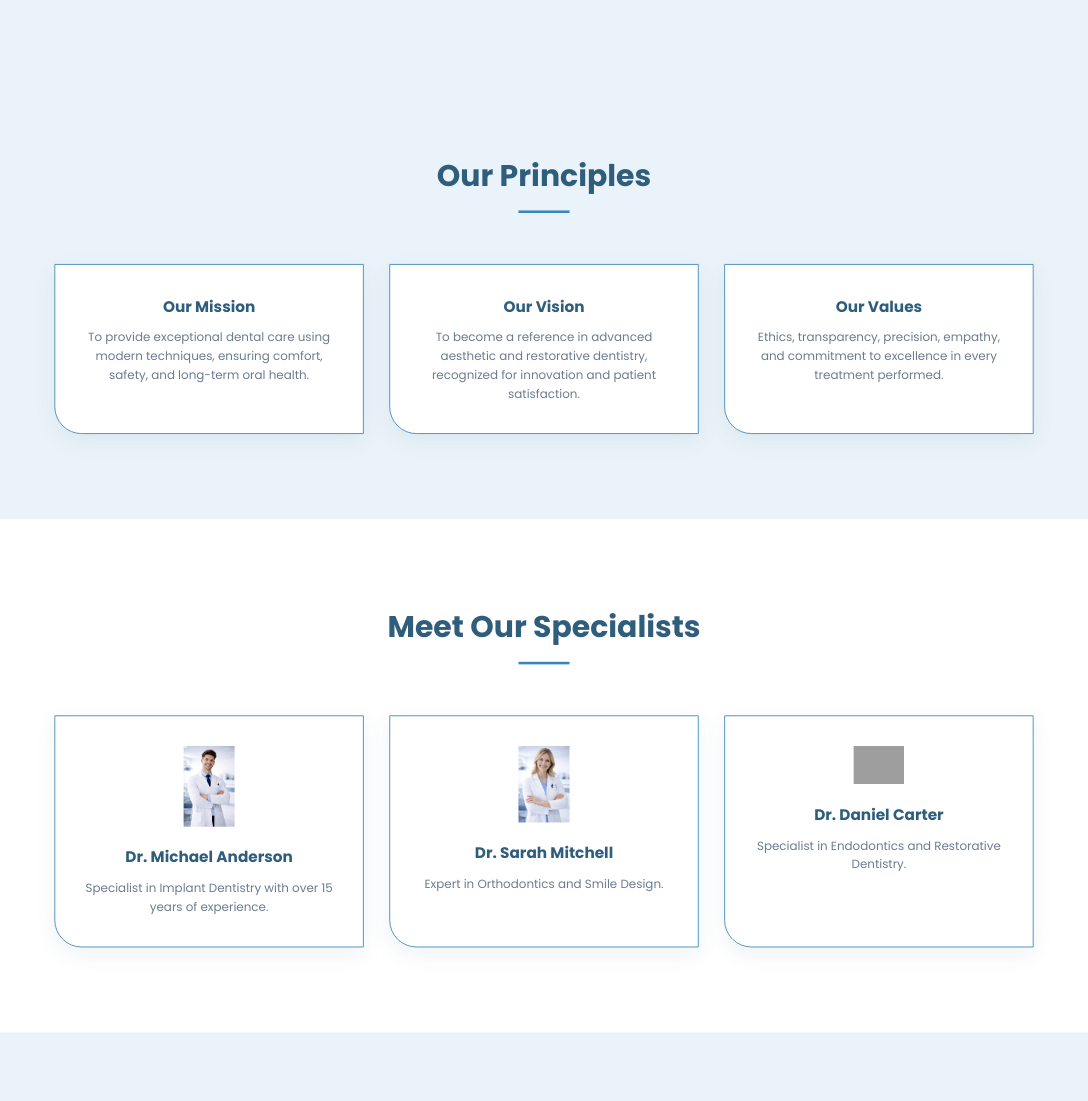
Repository: davidfsillva/OdontoPrime
Page: about.html
An editor plug-in stored every save of this project. The page is shown before and after the next save, followed by the edit.
The browser window is 1280 px wide. The pictures show the part of the page from y = 969 to 2264 px (the page is 3355 px tall before and 3373 px after), at 85% of full size.
Pictures or frames that could not be fetched are drawn as grey boxes. A picture or video elsewhere on the page could not be fetched, so the positions and the page height are approximate.

Above is the page before, as saved 2026-02-16 22:09:37.

### about.html
<!DOCTYPE html>
<html lang="en">
<head>
<meta charset="UTF-8">
<meta name="viewport" content="width=device-width, initial-scale=1.0">
<title>About - OdontoPrime Excellence</title>

<link rel="stylesheet" href="style.css">
<link href="https://fonts.googleapis.com/css2?family=Poppins:wght@300;400;600;700&display=swap" rel="stylesheet">
</head>

<body>

<!-- HEADER -->
<header>
    <div class="container nav-container">
        <div class="logo">OdontoPrime</div>

        <nav id="nav">
            <a href="index.html">Home</a>
            <a href="about.html" class="active">About</a>
            <a href="services.html">Services</a>
            <a href="contact.html">Contact</a>
        </nav>

        <div class="menu-toggle" onclick="toggleMenu()">☰</div>
    </div>
</header>

<!-- HERO ABOUT -->
<section class="hero hero-about">
    <div class="container hero-content">
        <div class="hero-text">
            <h1>About OdontoPrime Excellence</h1>
            <p>
                Dedicated to delivering advanced dental care with precision,
                innovation, and a patient-centered approach.
            </p>
        </div>
    </div>
</section>

<!-- OUR STORY -->
<section class="about-preview">
    <div class="container about-grid">
        <div class="about-text">
            <h2>Our Story</h2>
            <p>
                Founded over a decade ago, OdontoPrime Excellence was created with a clear mission:
                to redefine modern dentistry through innovation, comfort, and excellence.
                Our clinic combines advanced technology with a humanized approach,
                ensuring each patient receives personalized and comprehensive care.
            </p>

            <p>
                Over the years, we have built a reputation for delivering long-lasting results,
                aesthetic precision, and preventive solutions that promote complete oral health.
            </p>
        </div>

        <div class="about-image">
            <img src="img/clinic-interior.webp" alt="Dental clinic interior">
        </div>
    </div>
</section>

<!-- MISSION VISION VALUES -->
<section class="departments">
    <div class="container">
        <h2>Our Principles</h2>

        <div class="dept-grid">

            <div class="card">
                <h3>Our Mission</h3>
                <p>
                    To provide exceptional dental care using modern techniques,
                    ensuring comfort, safety, and long-term oral health.
                </p>
            </div>

            <div class="card">
                <h3>Our Vision</h3>
                <p>
                    To become a reference in advanced aesthetic and restorative dentistry,
                    recognized for innovation and patient satisfaction.
                </p>
            </div>

            <div class="card">
                <h3>Our Values</h3>
                <p>
                    Ethics, transparency, precision, empathy, and commitment
                    to excellence in every treatment performed.
                </p>
            </div>

        </div>
    </div>
</section>

<!-- OUR TEAM -->
<section class="why-us">
    <div class="container">
        <h2>Meet Our Specialists</h2>

        <div class="dept-grid">

            <div class="card">
                <img src="img/dr.webp" alt="Lead dentist">
                <h3>Dr. Michael Anderson</h3>
                <p>Specialist in Implant Dentistry with over 15 years of experience.</p>
            </div>

            <div class="card">
                <img src="img/sara.webp" alt="Orthodontist">
                <h3>Dr. Sarah Mitchell</h3>
                <p>Expert in Orthodontics and Smile Design.</p>
            </div>

            <div class="card">
                <img src="img/dentist3.webp" alt="Endodontist">
                <h3>Dr. Daniel Carter</h3>
                <p>Specialist in Endodontics and Restorative Dentistry.</p>
            </div>

        </div>
    </div>
</section>

<!-- WHY CHOOSE US EXTENDED -->
<section class="about-preview">
    <div class="container about-grid">

        <div class="about-image">
            <img src="img/technology.webp" alt="Dental technology">
        </div>

        <div class="about-text">
            <h2>Advanced Technology & Comfort</h2>
            <p>
                We invest in state-of-the-art dental equipment to provide
                minimally invasive treatments, faster recovery, and superior accuracy.
            </p>

            <p>
                Our clinic environment is designed to reduce anxiety and ensure
                maximum comfort from the first consultation to the final result.
            </p>
        </div>

    </div>
</section>

<!-- CALL TO ACTION -->
<section class="departments">
    <div class="container" style="text-align:center;">
        <h2>Ready to Transform Your Smile?</h2>
        <p style="max-width:600px; margin:20px auto; color:var(--text-medium);">
            Schedule your consultation today and discover a new standard of dental excellence.
        </p>

        <a href="contact.html" class="btn-view">Book Your Consultation</a>
    </div>
</section>

<!-- FOOTER -->
<footer>
    <p>© 2026 OdontoPrime - All Rights Reserved</p>
</footer>

<script>
function toggleMenu(){
    document.getElementById("nav").classList.toggle("active");
}
</script>

</body>
</html>

### style.css
:root{

    --primary-blue: #2F5D7C;
    --secondary-blue: #4F7FA3;
    --accent-blue: #3A86B9;

    --bg-light: #EAF3F9;
    --white: #FFFFFF;
    --off-white: #E6EEF5;

    --text-dark: #2E3A46;
    --text-medium: #6B7C8F;

    --hero-gradient-start: rgba(47, 93, 124, 0.95);
    --hero-gradient-end: rgba(79, 127, 163, 0.85);

    --shadow-soft: 0 5px 20px rgba(47, 93, 124, 0.08);
}

*{
    margin:0;
    padding:0;
    box-sizing:border-box;
    font-family:'Poppins', sans-serif;
}

body{
    background:var(--bg-light);
    color:var(--text-dark);
}

.container{
    width:90%;
    max-width:1200px;
    margin:auto;
}

/* HEADER */

nav{
    display:flex;
    align-items:center;
}

header{
    position:absolute;
    width:100%;
    padding:25px 0;
    z-index:1000;
    background:transparent;
}

.nav-container{
    display:flex;
    justify-content:space-between;
    align-items:center;
}

.logo{
    font-weight:700;
    font-size:1.9rem;
    color:var(--white);
    text-shadow: 0 3px 8px rgba(0, 0, 0, 0.5);
}

nav a{
    margin-left:25px;
    text-decoration:none;
    color:var(--white);
    font-weight:500;
    transition:0.3s;
}

nav a:hover{
    color:var(--accent-blue);
}

.menu-toggle{
    display:none;
    font-size:24px;
    cursor:pointer;
    color:var(--white);
}

nav a.active{
    color: var(--accent-blue);
    font-weight: 600;
    position: relative;
}

/* HERO */

.hero{
    min-height:100vh;
    display:flex;
    align-items:center;
    background:
    linear-gradient(to right,
    rgba(79, 127, 163, 0.438),
    rgba(58, 134, 185, 0.048)),
    url('img/hero.webp') center/cover no-repeat;
    color:var(--white);
    padding:0 0;
    position:relative;
}

.hero-content{
    width:100%;
}

.hero-text{
    max-width:600px;
}

.hero h1{
    font-size:2.8rem;
    margin-bottom:20px;
    font-weight:700;
    line-height:1.2;
    text-shadow: 0 3px 8px rgba(0, 0, 0, 0.5);
}

.hero p{
    margin-bottom:25px;
    max-width:500px;
    font-size:16px;
    line-height:1.6;
    color:var(--white);
    text-shadow: 0 3px 8px rgba(0, 0, 0, 0.5);
}

.hero-about{
    background: var(--primary-blue);
    min-height: 60vh;
}


/* HERO STATS */

.hero-stats{
    position:absolute;
    bottom:0px;
    left:60%;
    transform:translateX(-50%);
    width:90%;
    max-width:1100px;
    display:grid;
    grid-template-columns:repeat(auto-fit, minmax(180px,1fr));
    gap:20px;
    padding:25px 40px;
    background:rgba(255,255,255,0.15);
    backdrop-filter:blur(15px);
    -webkit-backdrop-filter:blur(15px);
    border-radius:20px 0px 0px 0px;
    border:1px solid rgba(255,255,255,0.2);
}

.stat-item{
    text-align:center;
    color:var(--white);
}

.stat-item h2{
    font-size:2rem;
    font-weight:700;
}

.stat-item p{
    font-size:0.9rem;
    opacity:0.9;
}

/* BUTTONS */

.btn{
    padding:14px 30px;
    background:var(--white);
    border:none;
    color:var(--primary-blue);
    font-weight:600;
    border-radius:30px;
    cursor:pointer;
    transition:0.3s;
}

.btn:hover{
    background:var(--accent-blue);
    color:var(--white);
    transform:translateY(-3px);
}

.btn-view {
    padding:14px 30px;
    background:var(--accent-blue);
    border:none;
    color:var(--white);
    font-weight:600;
    border-radius:30px;
    cursor:pointer;
    transition:0.3s;
    text-decoration: none;
    text-align: center;
    display: block;
    width: fit-content;
    margin:40px auto 0;
}

.btn-view:hover {
    transform: translateY(-5px);
    box-shadow: 0 15px 30px rgba(0,0,0,0.2);
}

/* ABOUT */
.about-image{
    position:relative;
    overflow:hidden;
}


.about-preview{
    padding:100px 0;
}

.about-grid{
    display:grid;
    grid-template-columns:1fr 1fr;
    gap:60px;
    align-items:center;
}

.about-text h2{
    font-size:2.2rem;
    color:var(--primary-blue);
    margin-bottom:20px;
    position:relative;
}

.about-text h2::after{
    content:"";
    width:60px;
    height:3px;
    background:var(--accent-blue);
    display:block;
    margin-top:10px;
}

.about-text p{
    font-size:16px;
    line-height:1.8;
    color:var(--text-medium);
}

.about-grid img:not(.lead-dentist){
    width:100%;
    border-radius:20px;
}

.lead-dentist {
    border-radius: 30px; /* cantos arredondados */
    width: 60%;
    height: auto;
    margin: 0 auto;
    box-shadow: 0 8px 20px rgba(0,0,0,0.2); /* opcional: sombra suave */
    display: flex;
    justify-content: center; /* centraliza horizontalmente */
    align-items: center;     /* centraliza verticalmente se tiver altura */
}

/* DEPARTMENTS */

.departments{
    padding:100px 0;
}

.departments h2{
    text-align:center;
    font-size:2.2rem;
    color:var(--primary-blue);
    margin-bottom:60px;
    position:relative;
}

.departments h2::after{
    content:"";
    width:60px;
    height:3px;
    background:var(--accent-blue);
    display:block;
    margin:15px auto 0;
}

.dept-grid{
    display:grid;
    grid-template-columns: repeat(auto-fit, minmax(280px, 1fr));
    gap:30px;
}


.card {
    background:var(--white);
    padding:35px 25px;
    text-align:center;
    border-radius:18px;
    box-shadow:0 8px 25px rgba(47,93,124,0.08);
    transition:0.3s ease;


    border-radius: 0 0 0 32px;
    border:1px solid #3A86B9;

}

.why-card{
    border: none;
}


.card:hover{
    transform:translateY(-6px);
    box-shadow:0 15px 35px rgba(47,93,124,0.15);
}

.card img{
    width:60px;
    margin-bottom:15px;
}

.card h3{
    font-size:18px;
    margin-bottom:12px;
    color:var(--primary-blue);
}

.card p{
    font-size:14px;
    line-height:1.6;
    color:var(--text-medium);
}

/* WHY SECTION FULL IMAGE CARDS */

.why-card {
    position: relative;
    overflow: hidden;
    padding: 0;
    height: 350px;
    border-radius: 20px;
}

.why-card img {
    width: 100%;
    height: 100%;
    object-fit: cover;
    display: block;
}

.why-card .card-content {
    position: absolute;
    bottom: 0;
    width: 100%;
    padding: 25px;
    background: linear-gradient(
        to top,
        rgba(0,0,0,0.75),
        rgba(0,0,0,0.2)
    );
    color: var(--white);
}

.why-card h3 {
    margin-bottom: 8px;
    color: var(--white);
}

.why-card p {
    color: rgba(255,255,255,0.9);
    font-size: 14px;
}


/* WHY US */

.why-us{
    padding:100px 0;
    background:var(--white);
}

.why-us h2{
    text-align:center;
    font-size:2.2rem;
    margin-bottom:60px;
    color:var(--primary-blue);
    position:relative;
}

.why-us h2::after{
    content:"";
    width:60px;
    height:3px;
    background:var(--accent-blue);
    display:block;
    margin:15px auto 0;
}

.contact-grid{
    display:grid;
    grid-template-columns:1fr 1fr;
    gap:60px;
    align-items:start;
}


/* FOOTER */

footer{
    background:var(--primary-blue);
    color:var(--white);
    text-align:center;
    padding:30px;
    font-size:14px;
}

/* RESPONSIVE */

/* =========================
   RESPONSIVE
========================= */
@media (max-width: 768px) {

    /* NAVIGATION */
    nav {
        position: absolute;
        top: 80px;
        right: 0;
        background: var(--white);
        flex-direction: column;
        width: 200px;
        display: none;
        box-shadow: var(--shadow-soft);
    }

    nav a {
        padding: 15px;
        margin: 0;
        border-bottom: 1px solid var(--off-white);
        color: var(--text-dark);
    }

    nav.active {
        display: flex;
    }

    .menu-toggle {
        display: block;
    }

        /* HERO INTERNO (about, services, contact) */
    .hero-about,
    .hero-services,
    .hero-contact {
        min-height: 45vh;
        display: flex;
        align-items: center;
        justify-content: center;
        text-align: center;
        padding: 100px 20px 40px;
    }

    .hero-about h1,
    .hero-services h1,
    .hero-contact h1 {
        font-size: 1.6rem;
    }

    .hero-about p,
    .hero-services p,
    .hero-contact p {
        font-size: 0.95rem;
        max-width: 100%;
        margin: 0 auto;
    }

    /* ABOUT GRID */
    .about-grid {
        grid-template-columns: 1fr;
        gap: 30px;
        text-align: center;
    }

    .about-text h2 {
        font-size: 1.6rem;
    }

    /* DEPARTMENTS / SERVICES GRID */
    .dept-grid {
        grid-template-columns: 1fr;
        gap: 20px;
    }

    .card {
        padding: 25px 20px;
    }

    /* WHY SECTION */
    .why-us {
        padding: 70px 0;
    }

    .why-card {
        height: 280px;
    }

    /* CONTACT PAGE (caso tenha form grid) */
    .contact-grid {
        grid-template-columns: 1fr;
        gap: 30px;
    }

    .contact-form input,
    .contact-form textarea {
        width: 100%;
    }

    .hero {
        flex-direction: column;
        justify-content: center;
        align-items: center;
        text-align: center;
        padding: 20px 20px 0;
        background:
            linear-gradient(to top,
            rgba(47, 93, 124, 0.048),
            rgba(47, 93, 124, 0.2)),
            url('img/hero-mobile.webp') center/cover no-repeat;
    }



    .hero h1 {
        font-size: 1.8rem;
    }

    .hero p {
        max-width: 100%;
    }

        .hero-stats {
        left: 50%;
        transform: translateX(-50%);
        width: 95%;
        max-width: 100%;
        border-radius: 20px 20px 0 0;
        padding: 10px 12px 10px;
        gap: 1px;
        grid-template-columns: repeat(2, 1fr);
    }

    .stat-item h2 {
        font-size: 1.4rem;
    }

    .stat-item p {
        font-size: 0.75rem;
    }



}

After the next save:
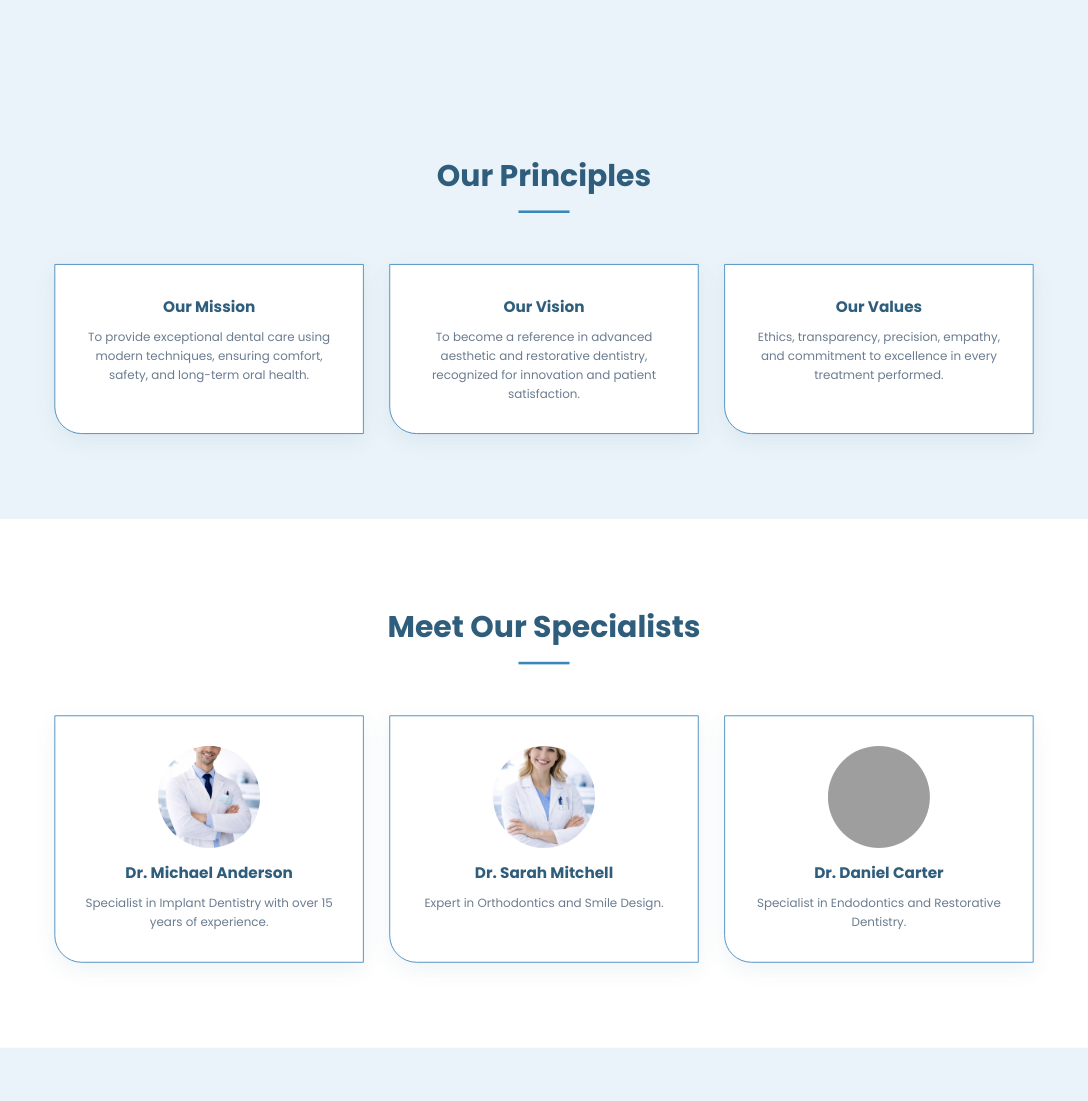
Saved 57 s later.
--- a/style.css
+++ b/style.css
@@ -320,10 +320,16 @@ nav a.active{
     box-shadow:0 15px 35px rgba(47,93,124,0.15);
 }
 
-.card img{
-    width:60px;
-    margin-bottom:15px;
-}
+/* Imagens dos cards de especialistas */
+.why-us .card img {
+    width: 120px;  /* aumenta para 120px de largura */
+    height: 120px; /* garante que fique quadrada */
+    object-fit: cover; /* mantém proporção e recorta se necessário */
+    border-radius: 50%; /* deixa redonda */
+    margin: 0 auto 15px auto; /* centraliza horizontalmente e dá espaçamento abaixo */
+    display: block;
+}
+
 
 .card h3{
     font-size:18px;
